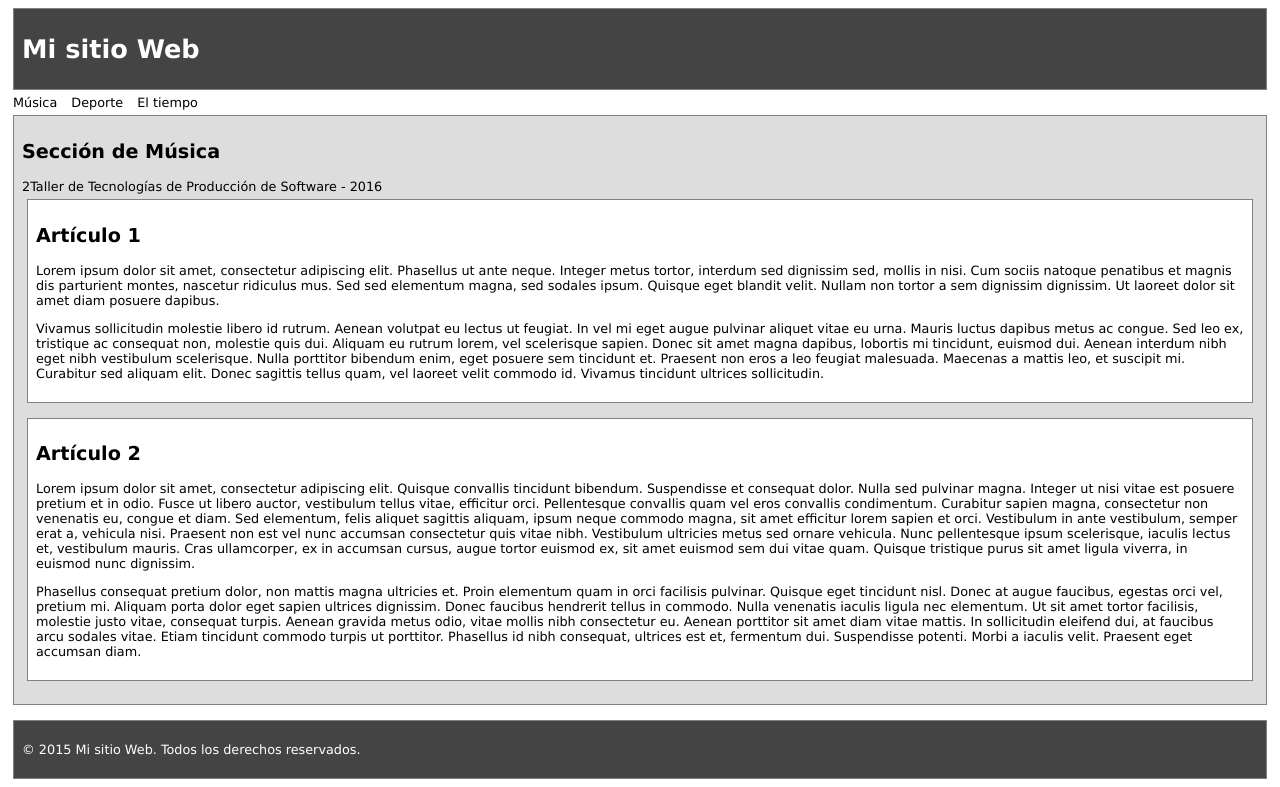
Repository: feliarana/eclipseWorkspace
Page: workspace/sitioestatico/WebContent/paginav5.html
An editor plug-in stored every save of this project. The page is shown before and after the next save, followed by the edit.
The browser window is 1280 px wide. The pictures show the whole page.

Above is the page before, as saved 2016-09-02 15:17:39.

### workspace/sitioestatico/WebContent/paginav5.html
<!DOCTYPE html>
<html>
<head>


<style>
body {
	font-family: Verdana, sans-serif;
	font-size: 0.8em;
}

div#header, div#footer, div#content, div#post {
	border: 1px solid grey;
	margin: 5px;
	margin-bottom: 15px;
	padding: 8px;
	background-color: white;
}

div#header, div#footer {
	color: white;
	background-color: #444;
	margin-bottom: 5px;
}

div#content {
	background-color: #ddd;
}

div#menu ul {
	margin: 0;
	padding: 0;
}

div#menu ul li {
	display: inline;
	margin: 5px;
}
</style>



<meta http-equiv="Content-Type" content="text/html; charset=UTF-8">
<title>Insert title here</title>
</head>
<body>


	<div id="header">
		<h1>Mi sitio Web</h1>
	</div>
	<div id="menu">
		<ul>
			<li>Música</li>
			<li>Deporte</li>
			<li>El tiempo</li>
		</ul>
	</div>
	<div id="content">
		<h2>Sección de Música</h2>
		2Taller de Tecnologías de Producción de Software - 2016
		<div id="post">
			<h2>Artículo 1</h2>
			<p>Lorem ipsum dolor sit amet, consectetur adipiscing elit.
				Phasellus ut ante neque. Integer metus tortor, interdum sed
				dignissim sed, mollis in nisi. Cum sociis natoque penatibus et
				magnis dis parturient montes, nascetur ridiculus mus. Sed sed
				elementum magna, sed sodales ipsum. Quisque eget blandit velit.
				Nullam non tortor a sem dignissim dignissim. Ut laoreet dolor sit
				amet diam posuere dapibus.</p>
			<p>Vivamus sollicitudin molestie libero id rutrum. Aenean
				volutpat eu lectus ut feugiat. In vel mi eget augue pulvinar aliquet
				vitae eu urna. Mauris luctus dapibus metus ac congue. Sed leo ex,
				tristique ac consequat non, molestie quis dui. Aliquam eu rutrum
				lorem, vel scelerisque sapien. Donec sit amet magna dapibus,
				lobortis mi tincidunt, euismod dui. Aenean interdum nibh eget nibh
				vestibulum scelerisque. Nulla porttitor bibendum enim, eget posuere
				sem tincidunt et. Praesent non eros a leo feugiat malesuada.
				Maecenas a mattis leo, et suscipit mi. Curabitur sed aliquam elit.
				Donec sagittis tellus quam, vel laoreet velit commodo id. Vivamus
				tincidunt ultrices sollicitudin.</p>
		</div>
		<div id="post">
			<h2>Artículo 2</h2>
			<p>Lorem ipsum dolor sit amet, consectetur adipiscing elit.
				Quisque convallis tincidunt bibendum. Suspendisse et consequat
				dolor. Nulla sed pulvinar magna. Integer ut nisi vitae est posuere
				pretium et in odio. Fusce ut libero auctor, vestibulum tellus vitae,
				efficitur orci. Pellentesque convallis quam vel eros convallis
				condimentum. Curabitur sapien magna, consectetur non venenatis eu,
				congue et diam. Sed elementum, felis aliquet sagittis aliquam, ipsum
				neque commodo magna, sit amet efficitur lorem sapien et orci.
				Vestibulum in ante vestibulum, semper erat a, vehicula nisi.
				Praesent non est vel nunc accumsan consectetur quis vitae nibh.
				Vestibulum ultricies metus sed ornare vehicula. Nunc pellentesque
				ipsum scelerisque, iaculis lectus et, vestibulum mauris. Cras
				ullamcorper, ex in accumsan cursus, augue tortor euismod ex, sit
				amet euismod sem dui vitae quam. Quisque tristique purus sit amet
				ligula viverra, in euismod nunc dignissim.</p>
			<p>Phasellus consequat pretium dolor, non mattis magna ultricies
				et. Proin elementum quam in orci facilisis pulvinar. Quisque eget
				tincidunt nisl. Donec at augue faucibus, egestas orci vel, pretium
				mi. Aliquam porta dolor eget sapien ultrices dignissim. Donec
				faucibus hendrerit tellus in commodo. Nulla venenatis iaculis ligula
				nec elementum. Ut sit amet tortor facilisis, molestie justo vitae,
				consequat turpis. Aenean gravida metus odio, vitae mollis nibh
				consectetur eu. Aenean porttitor sit amet diam vitae mattis. In
				sollicitudin eleifend dui, at faucibus arcu sodales vitae. Etiam
				tincidunt commodo turpis ut porttitor. Phasellus id nibh consequat,
				ultrices est et, fermentum dui. Suspendisse potenti. Morbi a iaculis
				velit. Praesent eget accumsan diam.</p>
		</div>
	</div>
	<div id="footer">
		<p>&#169; 2015 Mi sitio Web. Todos los derechos reservados.</p>
	</div>


</body>
</html>

After the next save:
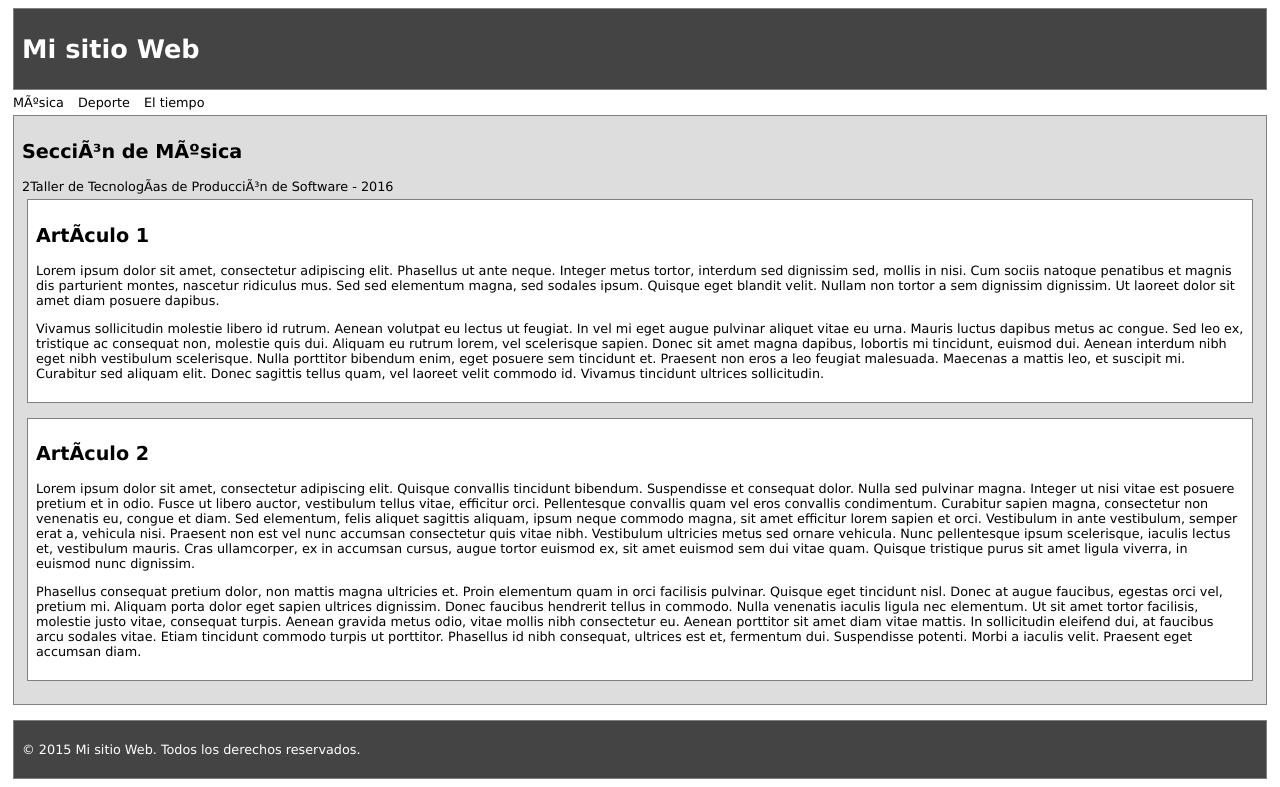
Saved 42 s later.
--- a/workspace/sitioestatico/WebContent/paginav5.html
+++ b/workspace/sitioestatico/WebContent/paginav5.html
@@ -40,7 +40,7 @@
 
 
 
-<meta http-equiv="Content-Type" content="text/html; charset=UTF-8">
+<meta charset=UTF-8">
 <title>Insert title here</title>
 </head>
 <body>

After the save that followed:
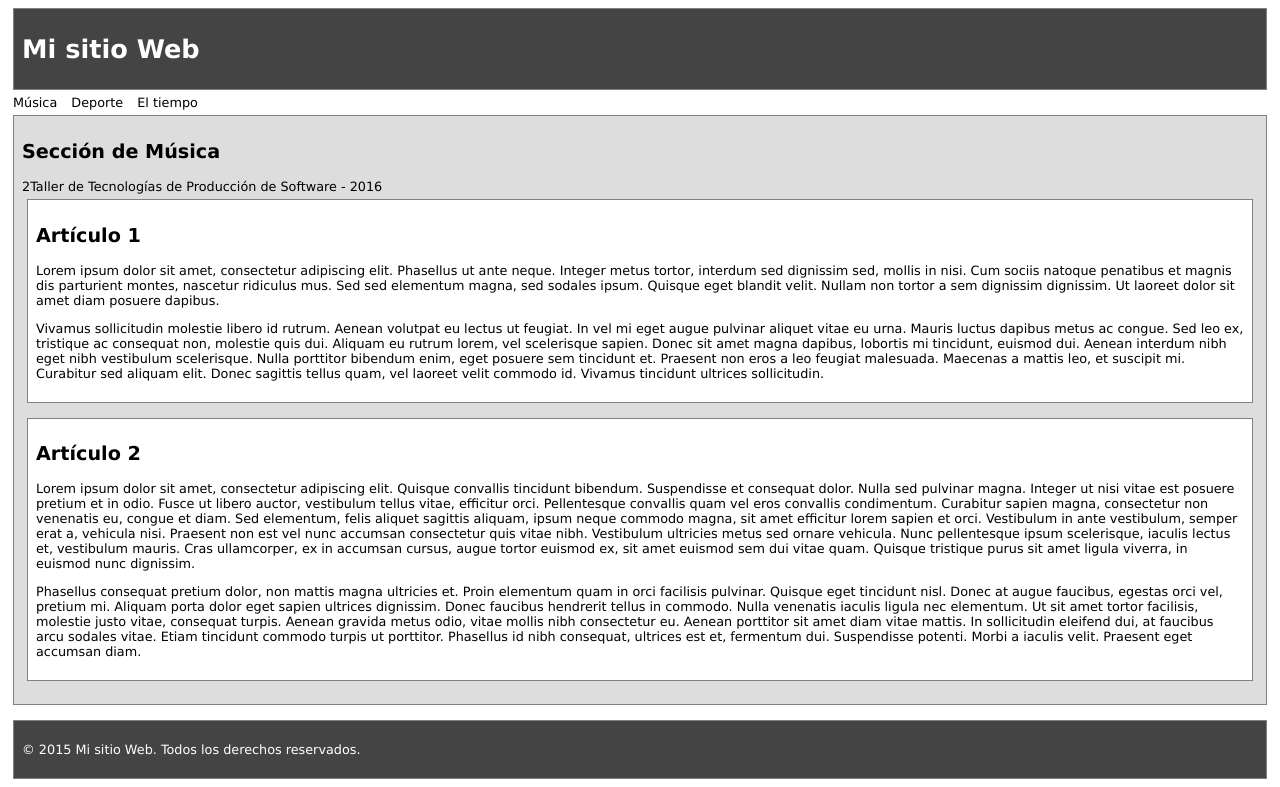
Saved 39 s later.
--- a/workspace/sitioestatico/WebContent/paginav5.html
+++ b/workspace/sitioestatico/WebContent/paginav5.html
@@ -40,7 +40,7 @@
 
 
 
-<meta charset=UTF-8">
+<meta charset="UTF-8">
 <title>Insert title here</title>
 </head>
 <body>
